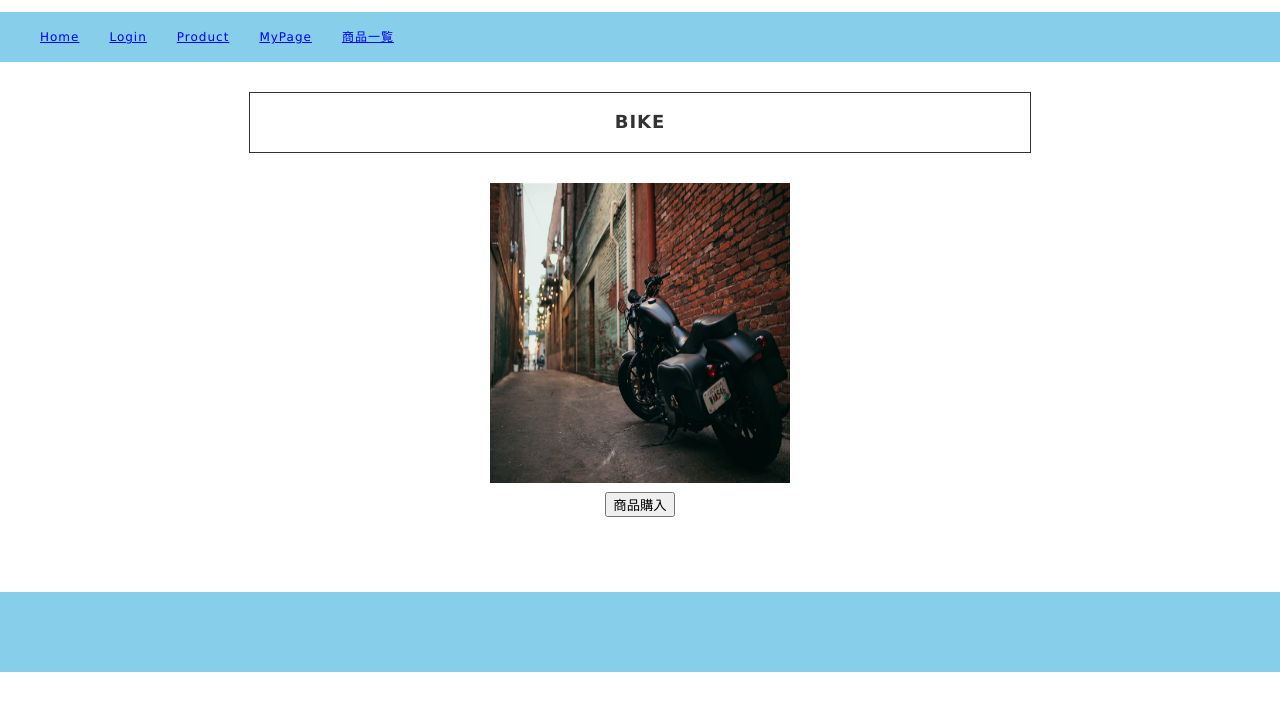
Repository: RYOYAEGAWA/test
Page: http://localhost/ecsite_a/
An editor plug-in stored every save of this project. The page is shown before and after the next save, followed by the edit.
The browser window is 1280 px wide. The pictures show the whole page.
The page is served by Tomcat 9. Other server files are loaded and not shown.

Above is the page before, as saved 2018-05-19 14:44:53.

### java/Eclipse_Data/ecsite_a/WebContent/home.jsp
<%@ page language="java" contentType="text/html; charset=UTF-8" pageEncoding="UTF-8"%>
<%@ taglib prefix="s" uri="/struts-tags" %>

<!DOCTYPE html>
<html>
<head>
		<meta http-equiv="Content-Type" content="text/html; charset=utf-8"/>
		<meta http-equiv="Content-Style-Type" content="text/css" />
		<meta http-equiv="Content-Script-Type" content="text/javascript" />
		<meta http-equiv="imagetoolbar" content="no" />
		<meta name="description" content="" />
		<meta name="keywords" content="" />
		<title>Home画面</title>

		<style type="text/css">
			body {
			margin:0;
			padding:0;
			line-height:1.6;
			letter-spacing:1px;
			font-family:Verdana, Helvetica, sans-serif;
			font-size:12px;
			color:#333;
			background:#fff;
			}

			table {
			text-align:center;
			margin:0 auto;
			}

			#top {
			width:780px;
			margin:30px auto;
			border:1px solid #333;
			}

			/* #header {
			width:100%;
			height:80px;
			background-color:black;
			} */

			#main {
			width:100%;
			height:500px;
			text-align:center;
			}

			#footer {
			width:100%;
			height:80px;
			background-color:skyblue;
			clear:both;
			}
			#text-center {
			display: inline-block;
			text-align: center;
			}

			/* .HomeImage{
			 display:block;
			 margin:0 auto;
			 height:10px;
			 width:10px;
			 float:left; */
			/* margin-top:0px; */
			/* margin-bottom:0px; */
			/* z-index:5; */
			/* align:middle; */

			}

		</style>

</head>
<body>
<s:include value="Header.jsp"></s:include>
		<!-- <div id="header">
			<div id ="pr">
			</div>
		</div> -->
		<div id="main">

			<div id="top">
				<h2>BIKE</h2>
			</div>

			<div class="HomeImage">
			<div><img src="./image/Top_Bike.jpg"  height=300px width=300px></div>
			</div>


			<div id="text-center">
				<s:form action="HomeAction">
						<s:submit value="商品購入"/>
				</s:form>
				<s:if test="#session.id != null">
						<p>ログアウトする場合は
								<a href= '<s:url action="LogoutAction" />'>こちら</a></p>
				</s:if>
				</div>
			</div>


			<div id="footer">
					<div id="pr">
					</div>
			</div>

</body>
</html>

### java/Eclipse_Data/ecsite_a/WebContent/Header.jsp
<%@ page language="java" contentType="text/html; charset=UTF-8" pageEncoding="UTF-8"%>
<%@ taglib prefix="s" uri="/struts-tags" %>

<!DOCTYPE html>
<html>
<head>
		<meta http-equiv="Content-Type" content="text/html; charset=utf-8"/>
		<meta http-equiv="Content-Style-Type" content="text/css" />
		<meta http-equiv="Content-Script-Type" content="text/javascript" />
		<meta http-equiv="imagetoolbar" content="no" />
		<meta name="description" content="" />
		<meta name="keywords" content="" />
		<title>header表示</title>

		<style type="text/css">
		.contents {
		height:50px;
		width:100%;
		background-color:skyblue;
		line-height:30px;
		}

		li{
		float:left;
		list-style:none;
		color:black;
		padding-right:30px;
		padding-top:10px;


		}

		</style>
</head>
<body>

<!-- ヘッダーのメニュー内容 -->
<header>
	<div class="contents">
		<ul>
			<li><a href='<s:url action="GoHomeAction"/>'>Home</a></li>
			<li><a href='<s:url action="HomeAction"/>'>Login</a></li>
			<li><a href='<s:url action=""/>'>Product</a></li>
			<li><a href='<s:url action="MyPageAction"/>'>MyPage</a></li>
			<li><a href='<s:url action=""/>'>商品一覧</a></li>
		</ul>
	</div>
</header>





</body>
</html>

After the next save:
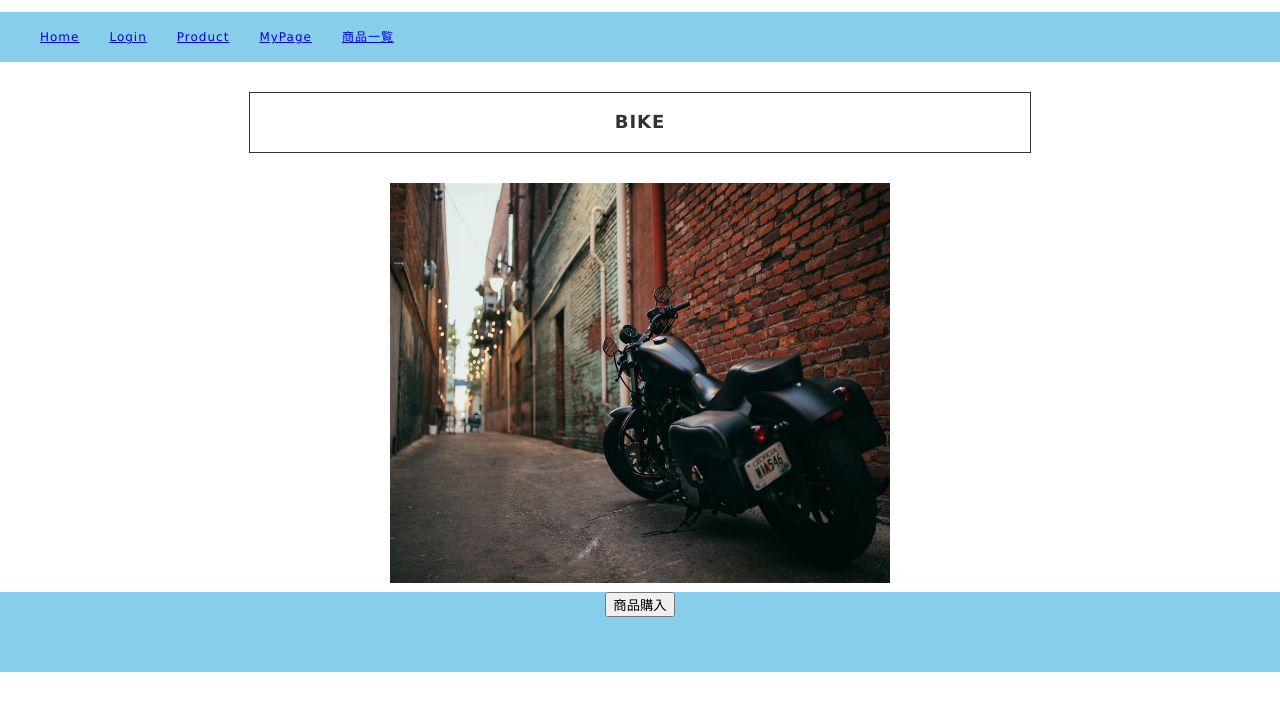
Saved 21 s later.
--- a/java/Eclipse_Data/ecsite_a/WebContent/home.jsp
+++ b/java/Eclipse_Data/ecsite_a/WebContent/home.jsp
@@ -87,7 +87,7 @@
 			</div>
 
 			<div class="HomeImage">
-			<div><img src="./image/Top_Bike.jpg"  height=300px width=300px></div>
+			<div><img src="./image/Top_Bike.jpg"  height=400px width=500px></div>
 			</div>
 
 
